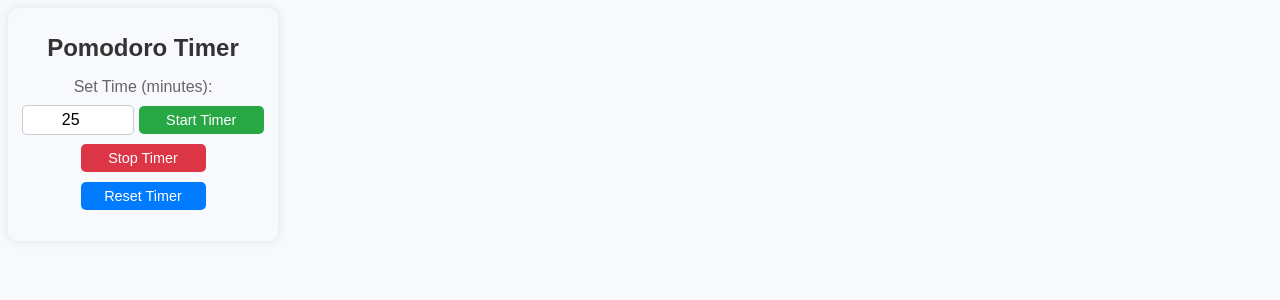
Repository: Prateek09102001/POMODORO-TIMER-UPDATEED-EXTENSIONS
Page: popup.html
These files come from the project's save history. The page is drawn as it stood at one moment and after the next save; the edit follows.
The browser window is 1280 px wide. The pictures show the whole page.

Above is the page before, as saved 2024-09-30 19:00:57.

### popup.html
<!DOCTYPE html>
<html lang="en">
<head>
    <meta charset="UTF-8">
    <meta name="viewport" content="width=device-width, initial-scale=1.0">
    <title>Pomodoro Timer</title>
    <link rel="stylesheet" href="style.css">
</head>
<body>
    <h1>Pomodoro Timer</h1>
    <label for="minutes">Set Time (minutes):</label>
    <input type="number" id="minutes" min="1" value="25">
    <button id="start">Start Timer</button>
    <button id="stop">Stop Timer</button>
    <button id="reset">Reset Timer</button>
    <p id="status"></p> <!-- To show the timer status -->

    <script src="popup.js"></script>
</body>
</html>

### style.css
body {
    font-family: 'Arial', sans-serif;
    padding: 10px;
    background-color: #f7f9fc;
    border-radius: 10px;
    box-shadow: 0 0 10px rgba(0, 0, 0, 0.1);
    width: 250px;
    text-align: center; /* Center all text and elements */
}

h1 {
    font-size: 1.5em;
    color: #333;
}

label {
    display: block;
    margin: 10px 0 5px;
    color: #666;
}

input[type="number"] {
    width: 100px; /* Set input width to 100px */
    padding: 5px;
    border-radius: 5px;
    border: 1px solid #ccc;
    text-align: center;
    font-size: 1em;
    margin: 0 auto; /* Center the input */
}

button {
    width: 50%; /* Button width */
    padding: 6px; /* Reduced padding */
    margin: 5px auto; /* Center buttons */
    border: none;
    border-radius: 5px;
    color: #fff;
    font-size: 0.9em; /* Slightly smaller font */
    cursor: pointer;
    transition: background-color 0.3s, transform 0.2s;
}

#start {
    background-color: #28a745; /* Green */
}

#stop {
    background-color: #dc3545; /* Red */
}

#reset {
    background-color: #007bff; /* Blue */
}

button:hover {
    transform: scale(1.05);
}

#status {
    margin-top: 10px;
    color: #333;
    font-weight: bold;
}

### popup.js
document.getElementById('start').addEventListener('click', () => {
    const minutes = parseInt(document.getElementById('minutes').value);
    if (isNaN(minutes) || minutes <= 0) {
        alert("Please enter a valid number of minutes.");
        return;
    }
    const seconds = minutes * 60; // Convert to seconds
    chrome.storage.local.set({ timerDuration: seconds }, () => {
        chrome.runtime.sendMessage({ action: "startTimer" });
        document.getElementById('status').innerText = "Timer started for " + minutes + " minutes.";
        window.close(); // Close the popup
    });
});

document.getElementById('stop').addEventListener('click', () => {
    chrome.runtime.sendMessage({ action: "stopTimer" });
    document.getElementById('status').innerText = "Timer stopped.";
    window.close(); // Close the popup
});

document.getElementById('reset').addEventListener('click', () => {
    chrome.runtime.sendMessage({ action: "resetTimer" });
    document.getElementById('status').innerText = "Timer reset.";
    window.close(); // Close the popup
});

After the next save:
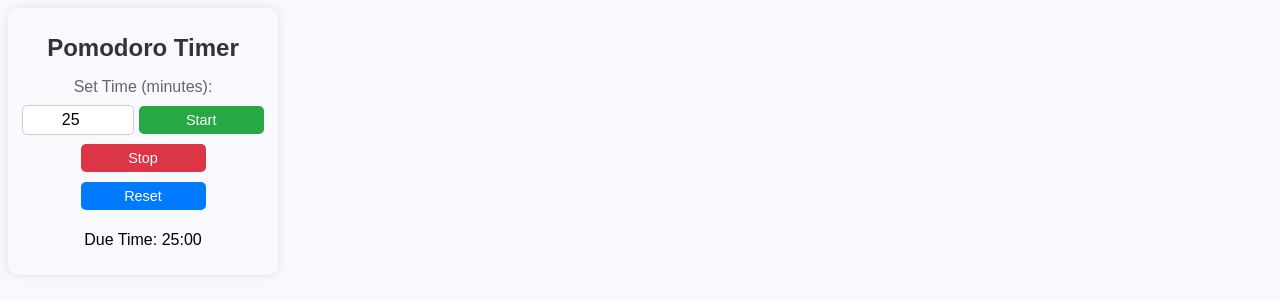
Saved 100 s later.
--- a/popup.html
+++ b/popup.html
@@ -4,16 +4,18 @@
     <meta charset="UTF-8">
     <meta name="viewport" content="width=device-width, initial-scale=1.0">
     <title>Pomodoro Timer</title>
-    <link rel="stylesheet" href="style.css">
+    <link rel="stylesheet" href="style.css"> <!-- Link to external CSS file -->
 </head>
 <body>
     <h1>Pomodoro Timer</h1>
     <label for="minutes">Set Time (minutes):</label>
     <input type="number" id="minutes" min="1" value="25">
-    <button id="start">Start Timer</button>
-    <button id="stop">Stop Timer</button>
-    <button id="reset">Reset Timer</button>
+    <button id="start">Start</button> <!-- Changed button label -->
+    <button id="stop">Stop</button> <!-- Changed button label -->
+    <button id="reset">Reset</button> <!-- Changed button label -->
+
     <p id="status"></p> <!-- To show the timer status -->
+    <p id="dueTime">Due Time: 25:00</p> <!-- Display due time -->
 
     <script src="popup.js"></script>
 </body>
